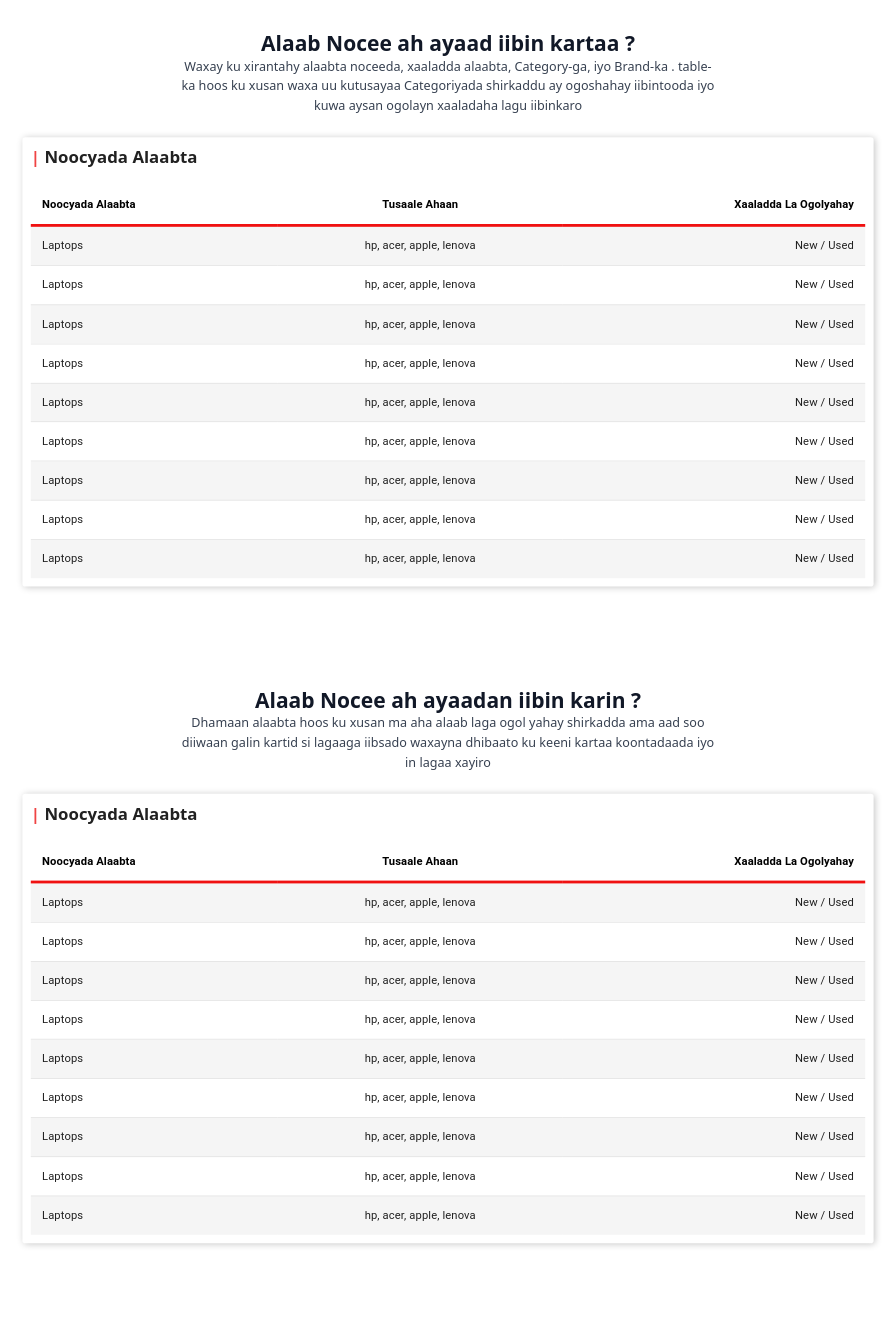
Repository: muraadso/Muraadso-Sellers
Page: /
The author's editor kept a copy of each file at every save. The page is drawn from the files as they stood at one save, then again after the next save.
The browser window is 1280 px wide. The pictures show the part of the page from y = 2240 to 4160 px (the page is 4160 px tall before and 4016 px after), at 70% of full size.
The project was rebuilt for these pictures with package versions that can differ from the ones it lists, and the page was loaded fresh each time. The framework's server and built-in components were replaced by stand-ins that run in the browser. Also part of the build but not shown: next.config.js.

Above is the page before, as saved 2021-12-06 20:36:15.

### pages/_app.js
import '../styles/globals.css'
 import 'tailwindcss/tailwind.css'
import { Layout } from '../components/Layout'


function MyApp({ Component, pageProps }) {
  return (
    <Layout>
      <Component {...pageProps} />
    </Layout>
  )
}

export default MyApp

### pages/index.js
import Head from 'next/head'
import Image from 'next/image'
import Hero from '../components/Hero'
import About from '../components/About'
import Howtoreg from '../components/Howtoreg'
import styles from '../styles/Home.module.css'
import { How } from '../components/How'


export default function Home() {
  return (
    <div className={styles.container}>
      <Head>
        <title>Muraadso Sellers</title>
        <meta name="description" content="Generated by create next app" />
        <link rel="icon" href="/favicon.ico" />
      </Head>
      <Hero />
      <About />
      <How />
      <Howtoreg />
    </div>
  )
}

### styles/globals.css
@import url('https://fonts.googleapis.com/css2?family=Lato:ital,wght@0,300;0,400;0,700;0,900;1,700&family=Poppins:wght@200;300;400;500;600;700&display=swap');
html,
body {
  padding: 0;
  margin: 0;
}

a {
  color: inherit;
  text-decoration: none;
}

* {
  box-sizing: border-box;
}


.navbar {
  box-shadow: 2px 1px 7px rgba(0, 0, 0, 0.226);
  font-family: 'Poppins', sans-serif  ;
  font-weight: 500;

}
  .logo{
    font-family: 'Lato', sans-serif;
    font-weight: 700;
    color: rgb(233, 59, 59);
    font-size: 20px ;
  }
  .how-card{
    position: relative;
    box-shadow: 0 2px 10px rgba(0, 0, 0, 0.336) ;
  }





@media screen and  (max-width: 768px){
  .nav{
    padding-top: 40px;
    display: flex;
    flex-direction: column;

  }

  .how-card{
  margin-bottom: 25px;
}

.tablle{
  margin-bottom: 90px;
}
.tablle2{

}
 TableContainer{
   background-color: red;
   display: hidden;
 }

}




@tailwind base;
@tailwind components;
@tailwind utilities

### components/Layout.js
import Navbar from "./Navbar"
import Footer from "./Footer"

export const Layout = ({children}) => {
    return (
        <div className="layout">
            <Navbar />
                {children}
            <Footer />



        </div>
    )
}

### components/Hero.jsx
const Hero = () => {
    return (
        <div className="md:grid-cols-2 md:grid md:mt-11 hero">
                <div className="md:px-16 md:py-36 py-11 herotxt">
                    <h6 className="px-2 font-medium text-gray-500">ku iibi muraadso</h6>
                    <h1 className="my-5 text-3xl font-bold text-gray-800 capitalize md:font-bold md:text-gray-800 md:capitalize lg:text-6xl">sidee ugu iibin krtaa <br /> alaabtaada <span  className="text-red-600 md:text-red-600">muraadso</span></h1>

                    <p className="text-gray-700 md:text-left">
                         Whether you’ve already got an established e-commerce business , a great idea for a new product, or you just have a passion for selling, here’s how to take that next step with Muraadso </p>
                </div>

                <div className="heroimg">
                    <img className="w-4/4 "  src="/images/heroimage.png" alt="heroimage" />
                </div>
        </div>
    )
}

export default Hero

### components/About.jsx

const About = () => {
    return (
        <div className="mt-32">
            <h1 className="text-3xl font-bold text-center">Ku Iibso Muraadso</h1>
            <div className="gap-0 md:px-16 md:grid-cols-2 md:grid about-content">
                <div className="mt-12 aboutimg">
                  <img src="/images/aboutimage.png" className="md:h-96" alt="about image" />
                </div>
                <div className="md:mt-20 mt-11 about-text">
                    <p className="text-xl text-justify">
                        Muraadso waa hogaanka suuqa casriga ee online waana suuq aad ku iibin kartid alaabtaada, ahaw ganacsade alaabta sameeya, mid soo dajiya, si fudud ayaad ugu iibin kartaa suuqa casriga muraadso, sidoo kale ka mid noqo ganacsiyada shabakada internet ku iibiya alaabaha adiga oon ku kharash badan galin, kana faa’idaysanaya khubarada team ka muraadso helayana tobabaro iyo caawimo sidaad ugu iibin lahayd muraadso dhexdeeda Ku dhex iibta muraadso waa wax fudud sidoo kalena kharash yari kaaga bixi karo ama wax kharash ahi kaa baxayn, kaliya waxa lagaaga bahanyay in aad is diwaan galisid, kuna gurtid alaabta aad haysid online shirkada sidaana aad ku bilawdid iibka alaabtaada....<span className="text-red-600">Read More</span>
                    </p>
                </div>


            </div>
        </div>
    )
}

export default About

### components/Howtoreg.jsx
import * as React from 'react';
import { styled } from '@mui/material/styles';
import Table from '@mui/material/Table';
import TableBody from '@mui/material/TableBody';
import TableCell, { tableCellClasses } from '@mui/material/TableCell';
import TableContainer from '@mui/material/TableContainer';
import TableHead from '@mui/material/TableHead';
import TableRow from '@mui/material/TableRow';
import Paper from '@mui/material/Paper';

const StyledTableCell = styled(TableCell)(({ theme }) => ({

  [`&.${tableCellClasses.head}`]: {
    backgroundColor: theme.palette.common.white,
    color: theme.palette.common.black,
    borderBottom: '4px solid rgb(240, 17, 17)' ,
    fontSize: '16px',
    fontWeight: '600',

  },
  [`&.${tableCellClasses.body}`]: {
    fontSize: 16,
  },
}));

const StyledTableRow = styled(TableRow)(({ theme }) => ({
  '&:nth-of-type(odd)': {
    backgroundColor: theme.palette.action.hover,


  },
  // hide last border
  '&:last-child td, &:last-child th': {
    border: 0,
  },
}));





function createData(noocaAlaabta, tusaale, xaaladda) {
  return { noocaAlaabta, tusaale, xaaladda };
}

const rows = [
  createData('Laptops', 'hp, acer, apple, lenova ', 'New / Used'),
  createData('Laptops', 'hp, acer, apple, lenova ', 'New / Used'),
  createData('Laptops', 'hp, acer, apple, lenova ', 'New / Used'),
  createData('Laptops', 'hp, acer, apple, lenova ', 'New / Used'),
  createData('Laptops', 'hp, acer, apple, lenova ', 'New / Used'),
  createData('Laptops', 'hp, acer, apple, lenova ', 'New / Used'),
  createData('Laptops', 'hp, acer, apple, lenova ', 'New / Used'),
  createData('Laptops', 'hp, acer, apple, lenova ', 'New / Used'),
  createData('Laptops', 'hp, acer, apple, lenova ', 'New / Used'),

];

export default function Howtoreg() {
  return (
      <>
    <div className="flex flex-col items-center justify-center tablle mb-36">
                <h1 className="text-xl font-bold text-center text-gray-900 md:text-3xl">Alaab Nocee ah ayaad iibin kartaa ?</h1>
                <p className="max-w-3xl mb-8 text-sm text-center text-gray-700 md:text-lg">Waxay ku xirantahy alaabta noceeda, xaaladda alaabta, Category-ga, iyo Brand-ka .
                table-ka hoos ku xusan waxa uu kutusayaa Categoriyada shirkaddu ay ogoshahay iibintooda
                iyo kuwa aysan ogolayn xaaladaha lagu iibinkaro </p>

            <TableContainer className="TableContainer" component={Paper} sx={{ padding: "12px", maxWidth: 1400, boxShadow: '2px 1px 11px rgba(0, 0, 0, 0.226)' }}>
        <h1 className="mb-6 text-2xl font-bold "> <span className="font-black text-red-500 ">|</span> Noocyada Alaabta</h1>
      <Table sx={{ minWidth: 700 }} aria-label="customized table">
        <TableHead>
          <TableRow>
            <StyledTableCell>Noocyada Alaabta</StyledTableCell>
            <StyledTableCell align="center"> Tusaale Ahaan</StyledTableCell>
            <StyledTableCell align="right">Xaaladda La Ogolyahay</StyledTableCell>
          </TableRow>
        </TableHead>
        <TableBody>
          {rows.map((row) => (
            <StyledTableRow key={row.noocaAlaabta} sx={{backgroundColor: 'white'}}>
              <StyledTableCell component="th" scope="row">
                {row.noocaAlaabta}
              </StyledTableCell>
              <StyledTableCell   align="center">{row.tusaale}</StyledTableCell>
              <StyledTableCell align="right">{row.xaaladda}</StyledTableCell>
            </StyledTableRow>
          ))}
        </TableBody>
      </Table>
    </TableContainer>

    </div>

    <div className="flex flex-col items-center justify-center tablle2 mb-36">
            <h1 className="text-xl font-bold text-center text-gray-900 md:text-3xl">Alaab Nocee ah ayaadan iibin karin ?</h1>
            <p className="max-w-3xl mb-8 text-sm text-center text-gray-700 md:text-lg">Dhamaan alaabta hoos ku xusan ma aha alaab laga ogol yahay shirkadda
                ama aad soo diiwaan galin kartid si lagaaga iibsado waxayna dhibaato
                ku keeni kartaa koontadaada iyo in lagaa xayiro</p>

            <TableContainer className="" component={Paper} sx={{ padding: "12px", maxWidth: 1400, boxShadow: '2px 1px 11px rgba(0, 0, 0, 0.226)' }}>
                        <h1 className="mb-6 text-2xl font-bold"> <span className="font-black text-red-500 ">|</span> Noocyada Alaabta</h1>
      <Table sx={{ minWidth: 700 }} aria-label="customized table">
        <TableHead className="" >
          <TableRow className="">
            <StyledTableCell>Noocyada Alaabta</StyledTableCell>
            <StyledTableCell align="center"> Tusaale Ahaan</StyledTableCell>
            <StyledTableCell align="right">Xaaladda La Ogolyahay</StyledTableCell>
          </TableRow>
        </TableHead>
        <TableBody>
          {rows.map((row) => (
            <StyledTableRow key={row.noocaAlaabta} sx={{backgroundColor: 'white'}}>
              <StyledTableCell  component="th" scope="row">
                {row.noocaAlaabta}
              </StyledTableCell>
              <StyledTableCell   align="center">{row.tusaale}</StyledTableCell>
              <StyledTableCell align="right">{row.xaaladda}</StyledTableCell>
            </StyledTableRow>
          ))}
        </TableBody>
      </Table>
    </TableContainer>

    </div>

     </>
  );
}

### components/How.jsx
export const How = () => {
    return (
        <div className="flex flex-col items-center justify-center mt-32 mb-24 how md:gap-y-4 gap-y-11">
            <div className="howheader">
            <h2 className="text-4xl font-bold text-center">Sidee u shaqaysaa</h2>
            <p className="mt-2 text-lg text-center text-gray-600">habka uu ushaqeeyo adeegan waa sidatan hoos ku xusan</p>
            </div>
            <div className="h-full md:p-16 md:gap-4 gap-72 md:grid-cols-4 md:grid howsteps">

                <div className="relative max-h-full p-6 bg-white border-4 border-red-400 rounded how-card ">
                    <div className="flex items-center justify-center my-4 card-icon ">
                        <img  src="./icons/register.png" alt="register" />

                    </div>
                    <div className="mb-4 text-xl text-center text-gray-800 cardbody">
                        Macmiil iska diiwaan geli adeega, 24h kadib waxad helaysa fariin ah in lagu aqbalay
                    </div>
                    <div className="absolute flex items-center justify-center w-10 h-10 font-bold text-red-500 bg-white border-2 border-red-500 rounded-full md:left-36 -bottom-5 md:left-40 left-36 place-content-center card-number"> <h2>1</h2></div>
                </div>


                <div className="relative max-h-full p-6 bg-white border-4 border-red-400 rounded how-card ">
                    <div className="flex items-center justify-center my-4 card-icon ">
                        <img className="h-24"  src="./icons/features.png" alt="register" />
                    </div>
                    <div className="mb-4 text-xl text-center text-gray-800 cardbody">
                        Macmiil iska diiwaan geli adeega, 24h kadib waxad helaysa fariin ah in lagu aqbalay
                    </div>
                    <div className="absolute flex items-center justify-center w-10 h-10 font-bold text-red-500 bg-white border-2 border-red-500 rounded-full md:left-36 -bottom-5 md:left-40 left-36 place-content-center card-number"> <h2>2</h2></div>
                </div>




                <div className="relative max-h-full p-6 bg-white border-4 border-red-400 rounded how-card ">
                    <div className="flex items-center justify-center my-4 card-icon ">
                        <img className="h-24"  src="./icons/verified.png" alt="register" />

                    </div>
                    <div className="mb-4 text-xl text-center text-gray-800 cardbody">
                        Macmiil iska diiwaan geli adeega, 24h kadib waxad helaysa fariin ah in lagu aqbalay
                    </div>
                    <div className="absolute flex items-center justify-center w-10 h-10 font-bold text-red-500 bg-white border-2 border-red-500 rounded-full md:left-36 -bottom-5 md:left-40 left-36 place-content-center card-number"> <h2>3</h2></div>
                </div>


                <div className="relative max-h-full p-6 bg-white border-4 border-red-400 rounded how-card ">
                    <div className="flex items-center justify-center my-4 card-icon ">
                        <img className="h-24"  src="./icons/givemoney.png" alt="register" />

                    </div>
                    <div className="mb-4 text-xl text-center text-gray-800 cardbody">
                        Macmiil iska diiwaan geli adeega, 24h kadib waxad helaysa fariin ah in lagu aqbalay
                    </div>
                    <div className="absolute flex items-center justify-center w-10 h-10 font-bold text-red-500 bg-white border-2 border-red-500 rounded-full md:left-36 -bottom-5 md:left-40 left-36 place-content-center card-number"> <h2>4</h2></div>
                </div>

            </div>
            <p className="text-center text-gray-800">Wixii faahfaahin ah waxaad kala xiriiri kartaa lambaradan hoos kuugu xusan</p>
            <a className="font-medium text-red-600" href="#">+252 63 3333471</a>

        </div>
    )
}

### components/Navbar.jsx
import React, { useState } from "react";
import { HiOutlineMenuAlt2, HiOutlineMenuAlt3 } from "react-icons/hi";



export default function Navbar() {
  const [showNav, setShowNav] = useState(false);

  return (
    <nav className="sticky top-0 z-20 items-center justify-between bg-white px-14 md:px-24 md:py-3 navbar md:flex">
      <div className="flex items-center justify-between">
        <a href="#">
          <h2>Muraadso</h2>
        </a>


        {showNav ? (
          <HiOutlineMenuAlt3
            onClick={() => setShowNav(!showNav)}
            className="block w-10 h-10 p-2 cursor-pointer md:hidden" />

        ) : (
          <HiOutlineMenuAlt2
            onClick={() => setShowNav(!showNav)}
            className="block w-10 h-10 p-2 cursor-pointer md:hidden"
          />
        )}
      </div>

      <ul
        className={
          (showNav ? "left-0" : "-left-full") +
          " md:static fixed bottom-0 md:ml-24 top-14 md:flex md:space-x-6 items-center md:bg-transparent bg-gray-700 rounded md:rounded-none md:bg-white bg-opacity-90 md:w-auto w-10/12 md:text-gray-800 text-white  md:space-y-0 space-y-5 p-2 transition-left nav"
        }
      >
        <a href="#"> Home</a>
        <a href="#"> About</a>
        <a href="#"> Doc</a>
        <a href="#"> Contact Us</a>
      <a className="px-4 py-2 text-white bg-red-600 rounded" href="">Signup</a>
      </ul>
    </nav>
  );
}

























// const Navbar = () => {
//     return (
//         <div>
//      <div className="sticky top-0 z-20 items-center justify-between bg-white md:flex navbar">
//          <a className="logo" href="#">Muraadso</a>
//          <nav className="fixed bottom-0 items-center w-10/12 p-2 space-y-5 text-white bg-gray-500 md:static top-12 md:flex md:space-x-7 md:bg-transparent bg-opacity-90 md:w-auto md:text-gray-500 md:space-y-0 transition-left nav">
//              <a className="hover:text-red-600" href="">Home</a>
//              <a className="hover:text-red-600" href="">About</a>
//              <a className="hover:text-red-600" href="">Doc</a>
//              <a className="hover:text-red-600" href="">Contact Us</a>
//          </nav>
//          <a href="#" className="px-4 py-2 text-white bg-red-600 rounded hover:bg-red-700 signup ">Signup</a>
//      </div>

//         </div>
//     )
// }

// export default Navbar

### components/Footer.jsx
const Footer = () => {
    return (
        <div>
        </div>
    )
}

export default Footer

### tailwind.config.js
module.exports = {
   purge: ['./pages/**/*.{js,ts,jsx,tsx}', './components/**/*.{js,ts,jsx,tsx}'],
  darkMode: false, // or 'media' or 'class'
  theme: {
    extend: {
      transitionProperty: {
         'left': 'left',
        }
    },

  },
  variants: {
    extend: {},
  },
  plugins: [],
}

Loaded but not shown: pages/api/hello.js (common file); styles/Home.module.css (common file)

After the next save:
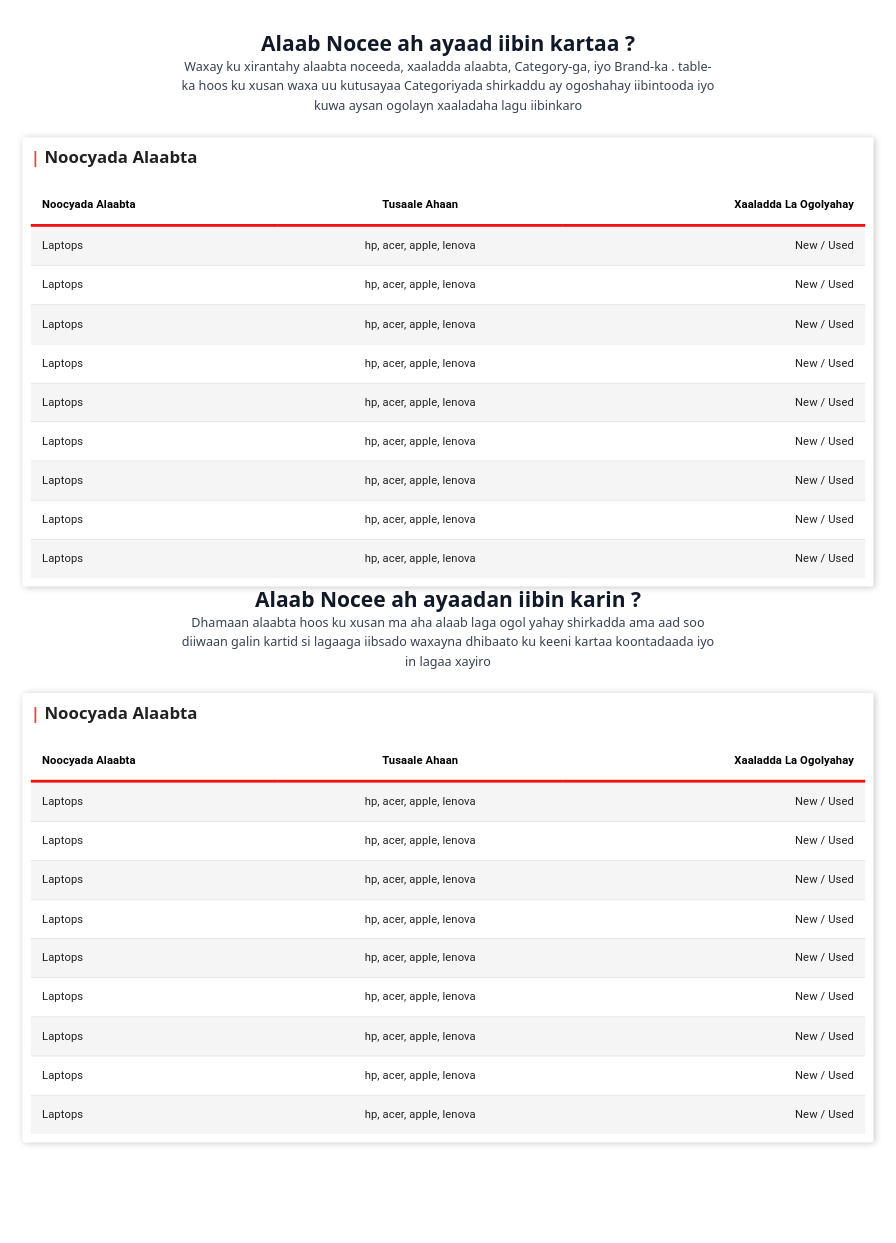
Saved 2 min 14 s later.
--- a/components/Howtoreg.jsx
+++ b/components/Howtoreg.jsx
@@ -59,7 +59,7 @@ const rows = [
 export default function Howtoreg() {
   return (
       <>
-    <div className="flex flex-col items-center justify-center tablle mb-36">
+    <div className="flex flex-col items-center justify-center tablle ">
                 <h1 className="text-xl font-bold text-center text-gray-900 md:text-3xl">Alaab Nocee ah ayaad iibin kartaa ?</h1>
                 <p className="max-w-3xl mb-8 text-sm text-center text-gray-700 md:text-lg">Waxay ku xirantahy alaabta noceeda, xaaladda alaabta, Category-ga, iyo Brand-ka .
                 table-ka hoos ku xusan waxa uu kutusayaa Categoriyada shirkaddu ay ogoshahay iibintooda
